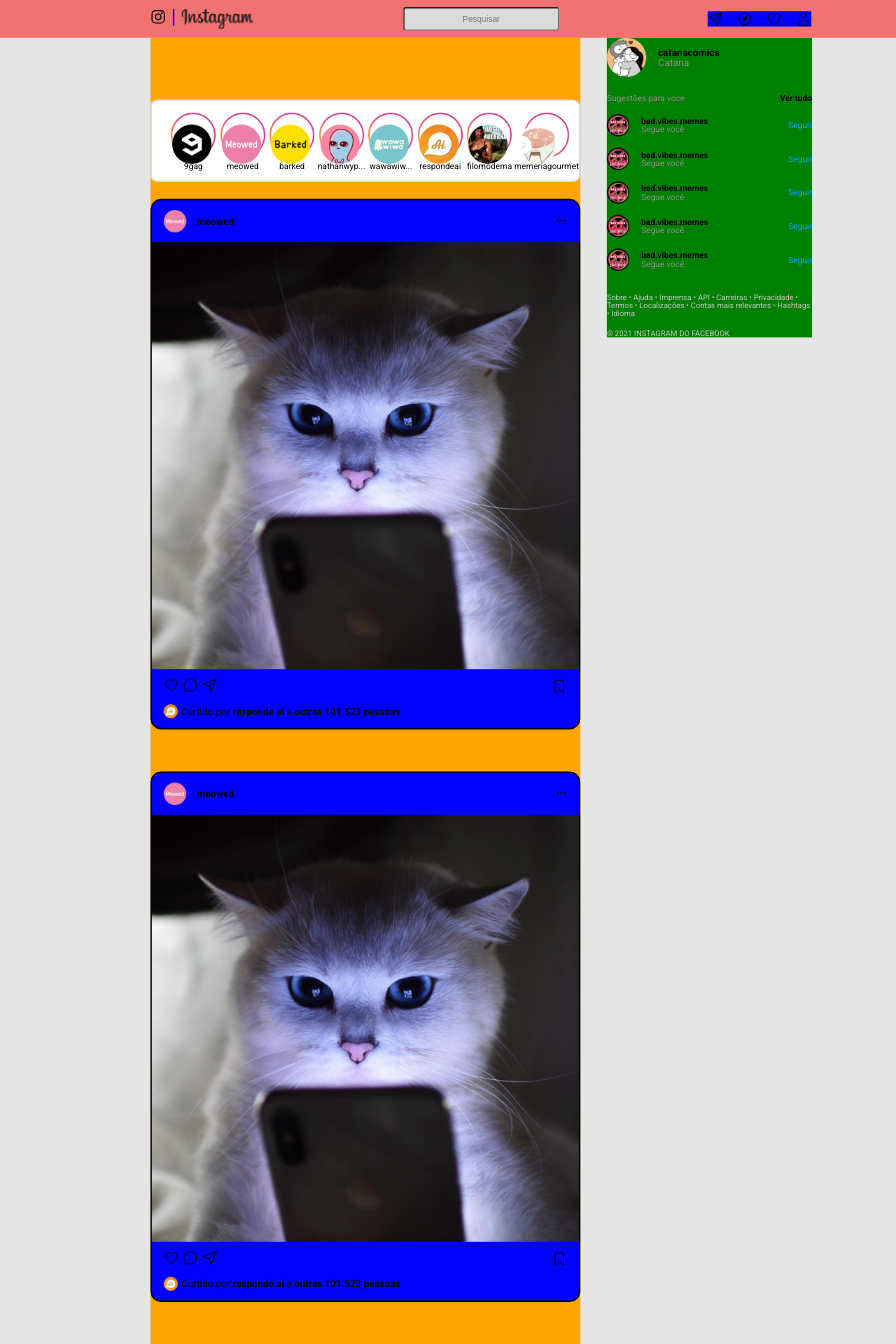
Repository: Zezinoo/proj-2-instagram-clone
Page: index.html
An editor plug-in stored every save of this project. The page is shown before and after the next save, followed by the edit.
The browser window is 1280 px wide. The pictures show the part of the page from y = 0 to 1920 px (the page is 2738 px tall), at 70% of full size.
Some web libraries are served in a nearby version.

Above is the page before, as saved 2022-06-05 02:40:18.

### index.html
<!DOCTYPE html>
<html lang="en">
<head>
    <meta charset="UTF-8">
    <meta http-equiv="X-UA-Compatible" content="IE=edge">
    <meta name="viewport" content="width=device-width, initial-scale=1.0">
    <link rel="stylesheet" href="reset.css">
    <link rel="stylesheet" href="style.css">
    <link rel="preconnect" href="https://fonts.googleapis.com">
    <link rel="preconnect" href="https://fonts.gstatic.com" crossorigin>
    <link href="https://fonts.googleapis.com/css2?family=Encode+Sans:wght@100;200;300;400;500;600;700&family=Roboto:ital,wght@0,100;0,300;0,400;0,500;0,700;1,100;1,300;1,400;1,500&display=swap" rel="stylesheet">
    <title>Instagram</title>
</head>
<body>
<div class="top">
    <div class = "align-top">
        <div class = "logo">
            <ion-icon name="logo-instagram" style="font-size:22px"></ion-icon>
        <div class="vertical-line"></div>
            <img src="./imgs/logo 1.svg" alt="">
    </div>
        <div class="search-bar">
            <input type="text" placeholder="Pesquisar">
        </div>
    <div class="top-icons">
        <ion-icon name="paper-plane-outline"></ion-icon>
        <ion-icon name="compass-outline"></ion-icon>
        <ion-icon name="heart-outline"></ion-icon>
        <ion-icon name="person-outline"></ion-icon>
    </div>
    </div>
</div>
<div class="feed">
    <div class="content">
        <div class="stories">
            <div class="story">
                <img src="./imgs/stories_background 3.png" alt="">
                <div class="user-logo">
                    <img src="./imgs/9gag 1.png" alt="">
                </div>
                <div class="user-name">
                    9gag
                </div>
            </div>
            <div class="story">
                <img src="./imgs/stories_background 3.png" alt="">
                <div class="user-logo">
                    <img src="./imgs/meowed 1.png" alt="">
                </div>
                <div class="user-name">
                    meowed
                </div>
            </div>
            <div class="story">
                <img src="./imgs/stories_background 3.png" alt="">
                <div class="user-logo">
                    <img src="./imgs/barked 1.png" alt="">
                </div>
                <div class="user-name">
                    barked
                </div>
            </div>
            <div class="story">
                <img src="./imgs/stories_background 3.png" alt="">
                <div class="user-logo">
                    <img src="./imgs/nathanwpylestrangeplanet 1.png" alt="">
                </div>
                <div class="user-name">
                    nathanwyp...
                </div>
            </div>
            <div class="story">
                <img src="./imgs/stories_background 3.png" alt="">
                <div class="user-logo">
                    <img src="./imgs/wawawiwacomicsa 1.png" alt="">
                </div>
                <div class="user-name">
                    wawawiw...
                </div>
            </div>
            <div class="story">
                <img src="./imgs/stories_background 3.png" alt="">
                <div class="user-logo">
                    <img src="./imgs/respondeai 1.png" alt="">
                </div>
                <div class="user-name">
                    respondeai
                </div>
            </div>
            <div class="story">
                <img src="./imgs/stories_background 3.png" alt="">
                <div class="user-logo">
                    <img src="./imgs/filomoderna 1.png" alt="">
                </div>
                <div class="user-name">
                    filomoderna
                </div>
            </div>
            <div class="story">
                <img src="./imgs/stories_background 3.png" alt="">
                <div class="user-logo">
                    <img src="./imgs/memeriagourmet 1.png" alt="">
                </div>
                <div class="user-name">
                    memeriagourmet
                </div>
                <div class="arrow">
                    <ion-icon name="chevron-forward-circle"></ion-icon>
                </div>
            </div>
        </div>
        <div class="post">
            <div class="info">
                <div class="op">
                    <img src="./imgs/meowed 2.png" alt="">
                    <div class="op-name">
                    meowed
                    </div>
                </div>
                <div class="dots">
                    <ion-icon name="ellipsis-horizontal"></ion-icon>
                </div>
            </div>
            <img src="./imgs/gato-telefone 1.png" alt="">
            <div class="bottom">
                <div class="post-icons">
                    <div class="left-icons">
                        <ion-icon name="heart-outline"></ion-icon>
                        <ion-icon name="chatbubble-outline"></ion-icon>
                        <ion-icon name="paper-plane-outline"></ion-icon>
                    </div>
                    <ion-icon name="bookmark-outline"></ion-icon>
                </div>
                <div class="comments">
                    <div class="follow-image">
                        <img src="./imgs/respondeai 2.png" alt="">
                    </div>
                    <div class="comment-message">
                        <p>Curtido por <strong>responde ai</strong> e <strong>outras 101.523 pessoas</strong></p>
                    </div>
                </div>
            </div>
        </div>
        <div class="post">
            <div class="info">
                <div class="op">
                    <img src="./imgs/meowed 2.png" alt="">
                    <div class="op-name">
                    meowed
                    </div>
                </div>
                <div class="dots">
                    <ion-icon name="ellipsis-horizontal"></ion-icon>
                </div>
            </div>
            <img src="./imgs/gato-telefone 1.png" alt="">
            <div class="bottom">
                <div class="post-icons">
                    <div class="left-icons">
                        <ion-icon name="heart-outline"></ion-icon>
                        <ion-icon name="chatbubble-outline"></ion-icon>
                        <ion-icon name="paper-plane-outline"></ion-icon>
                    </div>
                    <ion-icon name="bookmark-outline"></ion-icon>
                </div>
                <div class="comments">
                    <div class="follow-image">
                        <img src="./imgs/respondeai 2.png" alt="">
                    </div>
                    <div class="comment-message">
                        <p>Curtido por <strong>responde ai</strong> e <strong>outras 101.523 pessoas</strong></p>
                    </div>
                </div>
            </div>
        </div>
        <div class="post">
            <div class="info">
                <div class="op">
                    <img src="./imgs/meowed 2.png" alt="">
                    <div class="op-name">
                    meowed
                    </div>
                </div>
                <div class="dots">
                    <ion-icon name="ellipsis-horizontal"></ion-icon>
                </div>
            </div>
            <img src="./imgs/gato-telefone 1.png" alt="">
            <div class="bottom">
                <div class="post-icons">
                    <div class="left-icons">
                        <ion-icon name="heart-outline"></ion-icon>
                        <ion-icon name="chatbubble-outline"></ion-icon>
                        <ion-icon name="paper-plane-outline"></ion-icon>
                    </div>
                    <ion-icon name="bookmark-outline"></ion-icon>
                </div>
                <div class="comments">
                    <div class="follow-image">
                        <img src="./imgs/respondeai 2.png" alt="">
                    </div>
                    <div class="comment-message">
                        <p>Curtido por <strong>responde ai</strong> e <strong>outras 101.523 pessoas</strong></p>
                    </div>
                </div>
            </div>
        </div>
    </div>
    <div class="sidebar">
        <div class="user">
            <img src="./imgs/catanacomics 1.png" alt="">
            <div class="user-info">
                <div class="username">
                    catanacomics
                </div>
                <div class="name">
                    Catana
                </div>
            </div>
        </div>
        <div class="suggestion-text">
            <div class="recommended">
                Sugestões para voce
            </div>
            <div class="for-you">
                Ver tudo
            </div>
        </div>
        <div class="suggestion">
            <div class="suggestion-user">
                <img src="./imgs/badvibesmemes 1.png" alt="">
                <div class="user-info">
                    <div class="username">
                        bad.vibes.memes
                    </div>
                    <div class="name">
                        Segue você
                    </div>
                </div>
            </div>
            <div class="follow">
                Seguir
            </div>
        </div>
        <div class="suggestion">
            <div class="suggestion-user">
                <img src="./imgs/badvibesmemes 1.png" alt="">
                <div class="user-info">
                    <div class="username">
                        bad.vibes.memes
                    </div>
                    <div class="name">
                        Segue você
                    </div>
                </div>
            </div>
            <div class="follow">
                Seguir
            </div>
        </div>
        <div class="suggestion">
            <div class="suggestion-user">
                <img src="./imgs/badvibesmemes 1.png" alt="">
                <div class="user-info">
                    <div class="username">
                        bad.vibes.memes
                    </div>
                    <div class="name">
                        Segue você
                    </div>
                </div>
            </div>
            <div class="follow">
                Seguir
            </div>
        </div>
        <div class="suggestion">
            <div class="suggestion-user">
                <img src="./imgs/badvibesmemes 1.png" alt="">
                <div class="user-info">
                    <div class="username">
                        bad.vibes.memes
                    </div>
                    <div class="name">
                        Segue você
                    </div>
                </div>
            </div>
            <div class="follow">
                Seguir
            </div>
        </div>
        <div class="suggestion">
            <div class="suggestion-user">
                <img src="./imgs/badvibesmemes 1.png" alt="">
                <div class="user-info">
                    <div class="username">
                        bad.vibes.memes
                    </div>
                    <div class="name">
                        Segue você
                    </div>
                </div>
            </div>
            <div class="follow">
                Seguir
            </div>
        </div>
        <div class="help-text">
            <p>Sobre • Ajuda • Imprensa • API • Carreiras • Privacidade •
                Termos • Localizações • Contas mais relevantes • Hashtags •
                Idioma</p>
        </div>
        <div class="trademark">
            <p>© 2021 INSTAGRAM DO FACEBOOK</p>
        </div>
    </div>
</div>
<script src="https://unpkg.com/ionicons@5.4.0/dist/ionicons.js"></script>

</body>
</html>

### style.css
body{
    background-color: #e5e5e5;
    display: flex;
    flex-direction: column;
    align-items: center;
    justify-content: center;
    font-family: 'Roboto', sans-serif;
}



.top {
    width: 100%;
    height: 54px;
    display: flex;
    flex-direction: row;
    justify-content: space-between;
    align-items: center;
    background-color: rgba(255, 0, 0, 0.5);
    position: relative;
    z-index: 1;
}

.align-top{
    display: flex;
    flex-direction: row;
    align-items: center;
    justify-content: space-around;
    position: absolute;
    left: 215px;
    z-index: 1;
}

.logo{
    display: flex;
    position: relative;
    align-items: flex-start;
    width: 100%;
    margin-right: 214px;
}

.vertical-line{
    height: 22px;
    margin: 0 10px;
    border: blue 1px solid;
}


.search-bar{
    margin-right: 212px;
}

.search-bar input{
    height: 28px;
    width: 215px;
    border-radius: 4px;
    text-align: center;
    background-color: #DBDBDB;
    color: #979797;
    font-size: 12px;
}

.top-icons{
    width: 100%;
    display: flex;
    flex-direction:row;
    justify-content:space-between;
    background-color:blue;
}

.top-icons ion-icon{
    font-size: 22px;
    margin-right: 20px;
}
.top-icons ion-icon:nth-child(4){
    margin-right: 0px;
}

.feed {
    display: flex;
    flex-direction: row;
    position: absolute;
    top: 54px;
    left: 215px;
}


.content{
    display: flex;
    flex-direction: column;
    background-color: orange;
}

strong{
    font-weight: bold;
}

.stories{
    margin-top: 88px;
    margin-bottom: 24px;
    width: 614px;
    height:118px;
    display: flex;
    flex-direction: row;
    align-items: center;
    position: relative;
    justify-content: flex-start;
    background-color: #FFFFFF;
    overflow: hidden;
    border-radius: 10px;
    border: 2px solid #DBDBDB;
    box-sizing: border-box;
}
.stories .story:nth-child(1){
    margin-left:24px;
}
.story{
    width: 100%;
    height: 56px;
    display: flex;
    flex-direction: column;
    align-items: center;
    justify-content: center;
    position:relative;
}

.story img{
    width: 66px;
    height: 66px;
}

.story .user-logo{
    display: flex;
    position: absolute;
    top: 5px;
    left: 5px;
    z-index: 1;
}

.story .user-name{
    margin-top: 5px;
    display: flex;
    justify-content: center;
    height: 19px;
    font-size: 12px;
}

.user-logo img{
    width: 56px;
    height: 56px;
}

.arrow {
    position: absolute;
    top: 18px;
    left: -5px;
    font-size: 32px;
    z-index: 3;
    color: #FFFFFF ;
    text-shadow: 60px -16px green;
}

.post{
    background-color: blue;
    display: flex;
    flex-direction: column;
    width: 614px;
    border: 2px solid ;
    border-radius: 15px;
    box-sizing: border-box;
    margin-bottom: 60px;

}

.post .info {
    height: 60px;
    display: flex;
    align-items: center;
    justify-content: space-between;
}

.post .info .op{
    display: flex;
    flex-direction: row;
    box-sizing: border-box;
    margin-left: 17px;
    justify-content: space-evenly;
    align-items: center;
}

.op .op-name{
    margin-left: 15px;
    font-weight: bold;
    font-size: 14px;
}

.info .dots{
    margin-right: 17px;
    font-size: 16px;
}

.post .bottom{
    margin: 0 17px;
    margin-top: 10px;
}

.bottom .post-icons{
    height: 30px;
    font-size: 22px;
    display: flex;
    justify-content: space-between;
    align-items: center;
}

.post-icons .left-icons{
    margin-right: 14px;
}

.bottom .comments{
    display: flex;
    align-items: center;
    margin-top: 10px;
    margin-bottom: 14px;
}
.comments .follow-image{
    height: 20px;
    width: 20px;
    margin-right: 5px;
}
.follow-image img{
    width: 100%;
    height: 100%;
}

.comments .comment-message{
    font-size: 14px;
}

.sidebar{
    background-color: green;
    margin-left: 38px;
    width: 293px;
    height: 100%;
    box-sizing: border-box;
}

.sidebar .user{
    height: 56px;
    display: flex;
    align-items: center;
    margin-bottom: 24px;
}

.user .user-info{
    margin-left: 17px;
    display: flex;
    flex-direction: column;
    font-size: 14px;
}
.user-info .username{
    font-weight: bold;
}

.user-info .name{
    color: #8E8E8E;
}

.sidebar .suggestion-text{
    display: flex;
    justify-content: space-between;
    margin-bottom: 17px;
    font-size: 12px;
}

.suggestion-text .recommended{
    color: #8E8E8E;
}

.suggestion-text .for-you{
    font-weight: bold;
}

.sidebar .suggestion{
    display: flex;
    justify-content: space-between;
    align-items: center;
    margin-bottom: 16px;
}
.suggestion-user{
    display: flex;
    align-items: center;
}

.suggestion-user .user-info{
    margin-left: 17px;
    display: flex;
    flex-direction: column;
    font-size: 12px;
}
.user-info .username{
    font-weight: bold;
}

.user-info .name{
    color: #8E8E8E;
}

.suggestion .follow {
    font-size: 12px;
    color: #139EF2;
}

.suggestion:nth-child(7){
    margin-bottom: 0px;
}

.sidebar .help-text{
    margin-top: 33px;
    margin-bottom: 18px;
    font-size: 11px;
    color: #C7C7C7;
}

.sidebar .trademark{
    font-size: 11px;
    color: #C7C7C7;
}

@media(max-width:935px){
    .sidebar{
        display: none;
    }
    .feed{
        position: static;
    }
}

/*fix top*/

Loaded but not shown: reset.css (common file)

After the next save:
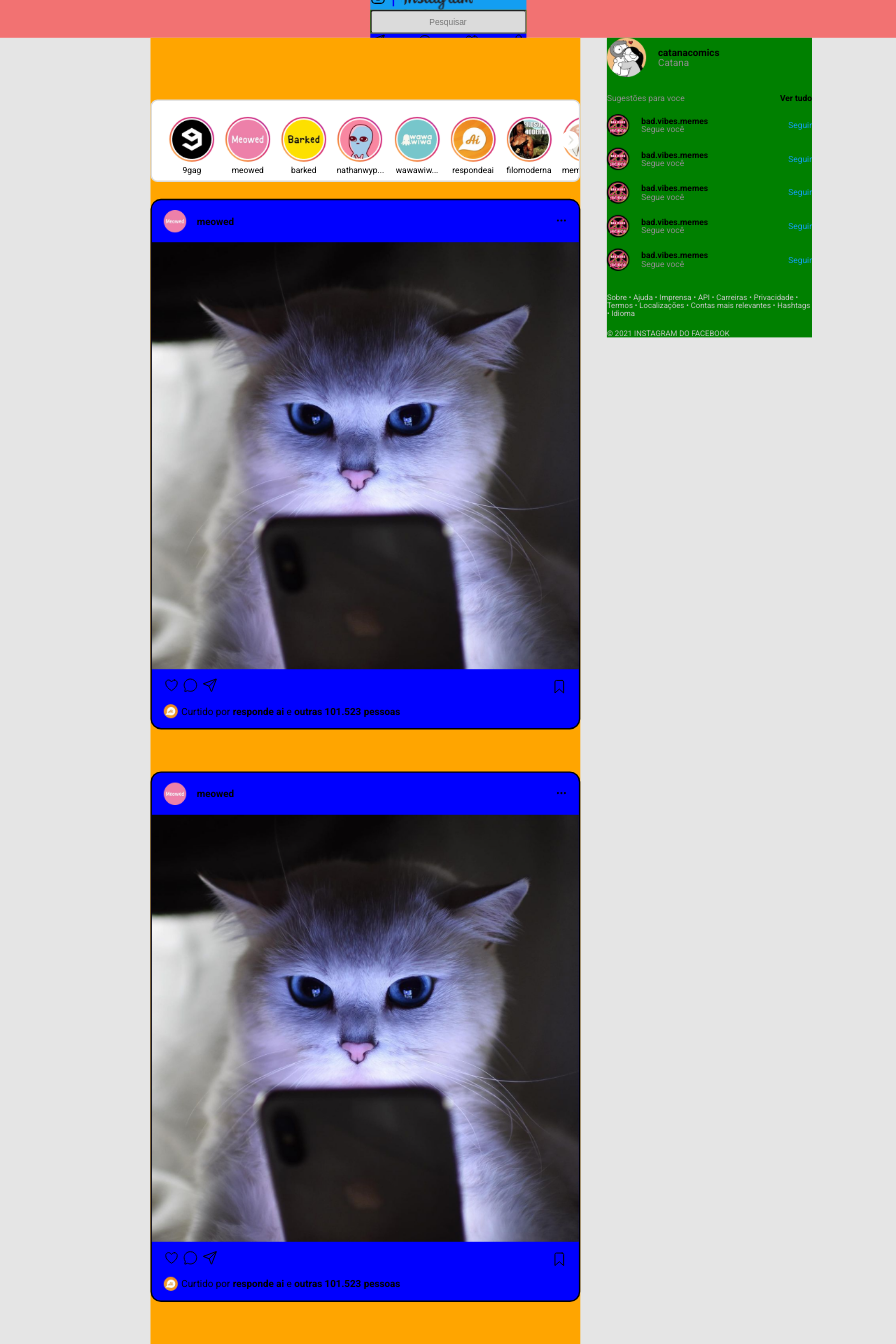
Saved 22 min 14 s later.
--- a/style.css
+++ b/style.css
@@ -1,42 +1,28 @@
+
 body{
     background-color: #e5e5e5;
-    display: flex;
-    flex-direction: column;
-    align-items: center;
-    justify-content: center;
     font-family: 'Roboto', sans-serif;
 }
-
 
 
 .top {
     width: 100%;
     height: 54px;
     display: flex;
-    flex-direction: row;
-    justify-content: space-between;
+    flex-direction: row ;
+    justify-content: space-around;
     align-items: center;
     background-color: rgba(255, 0, 0, 0.5);
     position: relative;
-    z-index: 1;
-}
-
-.align-top{
-    display: flex;
-    flex-direction: row;
-    align-items: center;
-    justify-content: space-around;
-    position: absolute;
-    left: 215px;
-    z-index: 1;
 }
 
 .logo{
-    display: flex;
-    position: relative;
+    width: 10px;
+    background-color: #139EF2;
+    display:flex;
+    flex-basis: content;
     align-items: flex-start;
     width: 100%;
-    margin-right: 214px;
 }
 
 .vertical-line{
@@ -44,10 +30,8 @@
     margin: 0 10px;
     border: blue 1px solid;
 }
-
-
 .search-bar{
-    margin-right: 212px;
+    background-color: green;
 }
 
 .search-bar input{
@@ -61,7 +45,6 @@
 }
 
 .top-icons{
-    width: 100%;
     display: flex;
     flex-direction:row;
     justify-content:space-between;
@@ -114,14 +97,14 @@
 .stories .story:nth-child(1){
     margin-left:24px;
 }
+
 .story{
-    width: 100%;
-    height: 56px;
-    display: flex;
-    flex-direction: column;
-    align-items: center;
+    display: flex;
+    flex-direction: column;
     justify-content: center;
-    position:relative;
+    margin-right: 14px;
+    margin-top: 20px;
+    position: relative;
 }
 
 .story img{
